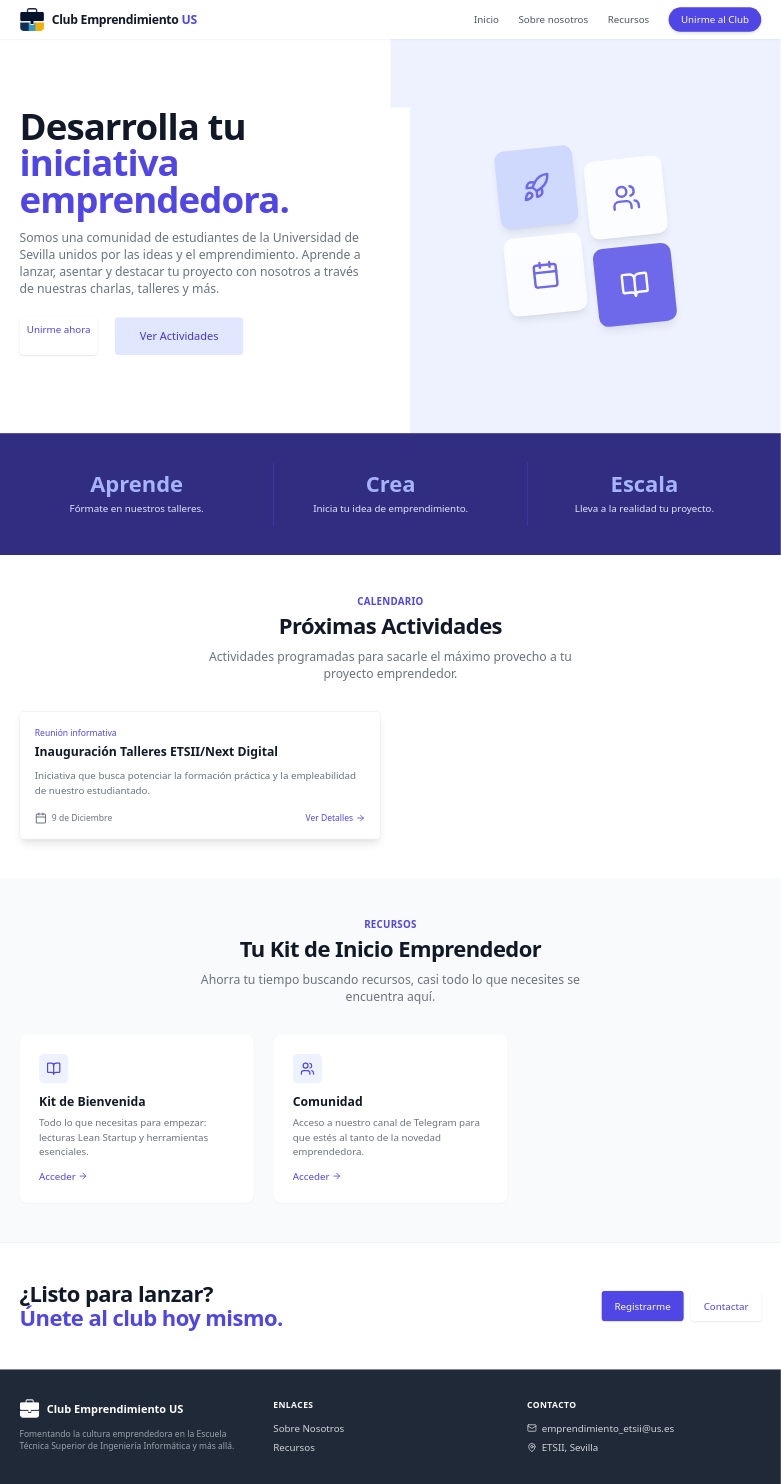
Repository: enerombar/club-emprendimiento-web
Page: /
An editor plug-in stored every save of this project. The page is shown before and after the next save, followed by the edit.
The browser window is 1280 px wide. The pictures show the whole page, at 61% of full size.
The project was rebuilt for these pictures with package versions that can differ from the ones it lists, and the page was loaded fresh each time. Also part of the build but not shown: vite.config.js.

Above is the page before, as saved 2025-12-08 01:12:37.

After the next save:
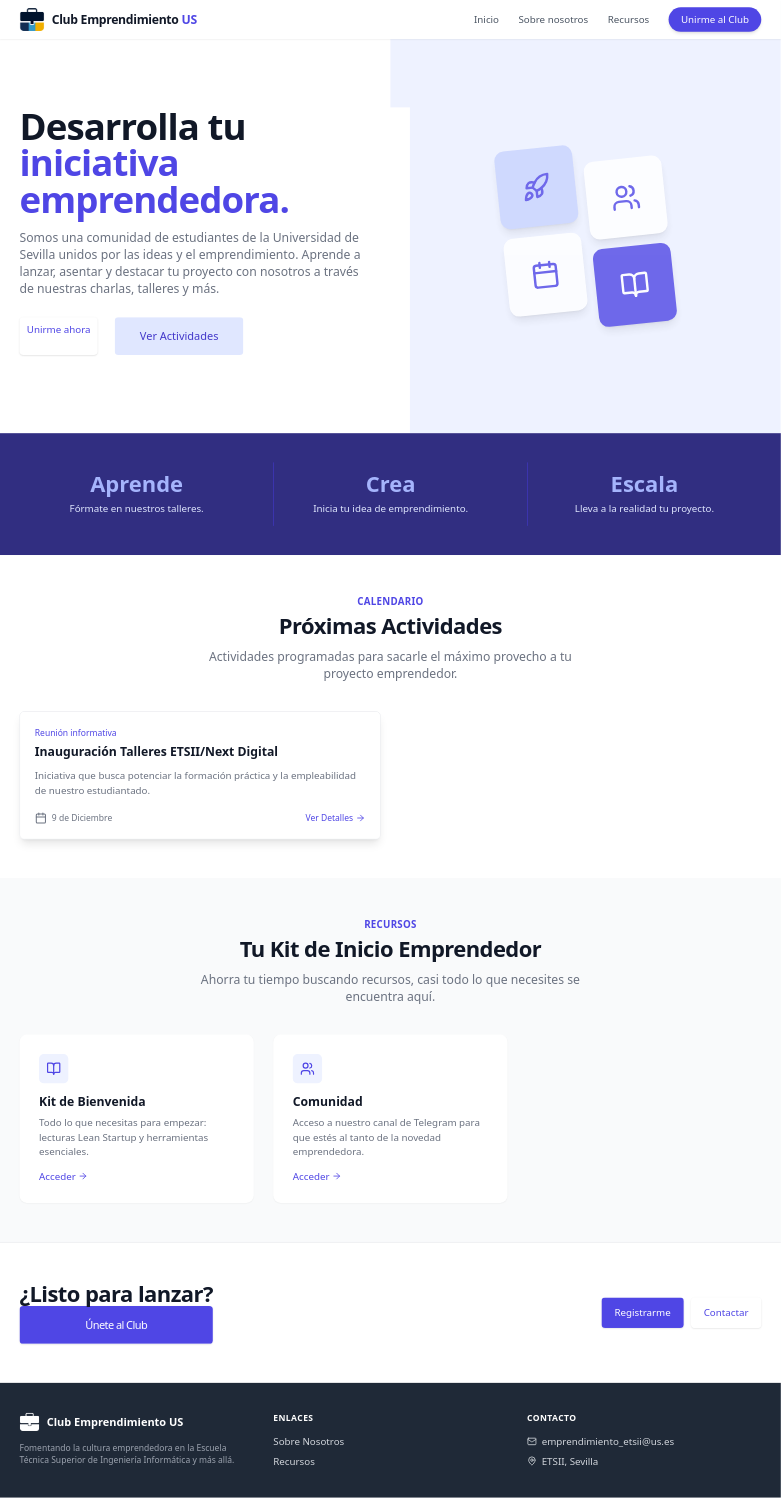
Saved 36 s later.
--- a/src/App.jsx
+++ b/src/App.jsx
@@ -346,7 +346,16 @@ const ClubEmprendimiento = () => {
         <div className="max-w-7xl mx-auto py-12 px-4 sm:px-6 lg:py-16 lg:px-8 lg:flex lg:items-center lg:justify-between">
           <h2 className="text-3xl font-extrabold tracking-tight text-gray-900 sm:text-4xl">
             <span className="block">¿Listo para lanzar?</span>
-            <span className="block text-indigo-600">Únete al club hoy mismo.</span>
+            <div className="rounded-md shadow">
+  <a
+    href={LINK_REGISTRO}
+    target="_blank"
+    rel="noopener noreferrer"
+    className="w-full flex items-center justify-center px-8 py-3 border border-transparent text-base font-medium rounded-md text-white bg-indigo-600 hover:bg-indigo-700 md:py-4 md:text-lg md:px-10"
+  >
+    Únete al Club
+  </a>
+</div>
           </h2>
           <div className="mt-8 flex lg:mt-0 lg:flex-shrink-0">
             <div className="inline-flex rounded-md shadow">
